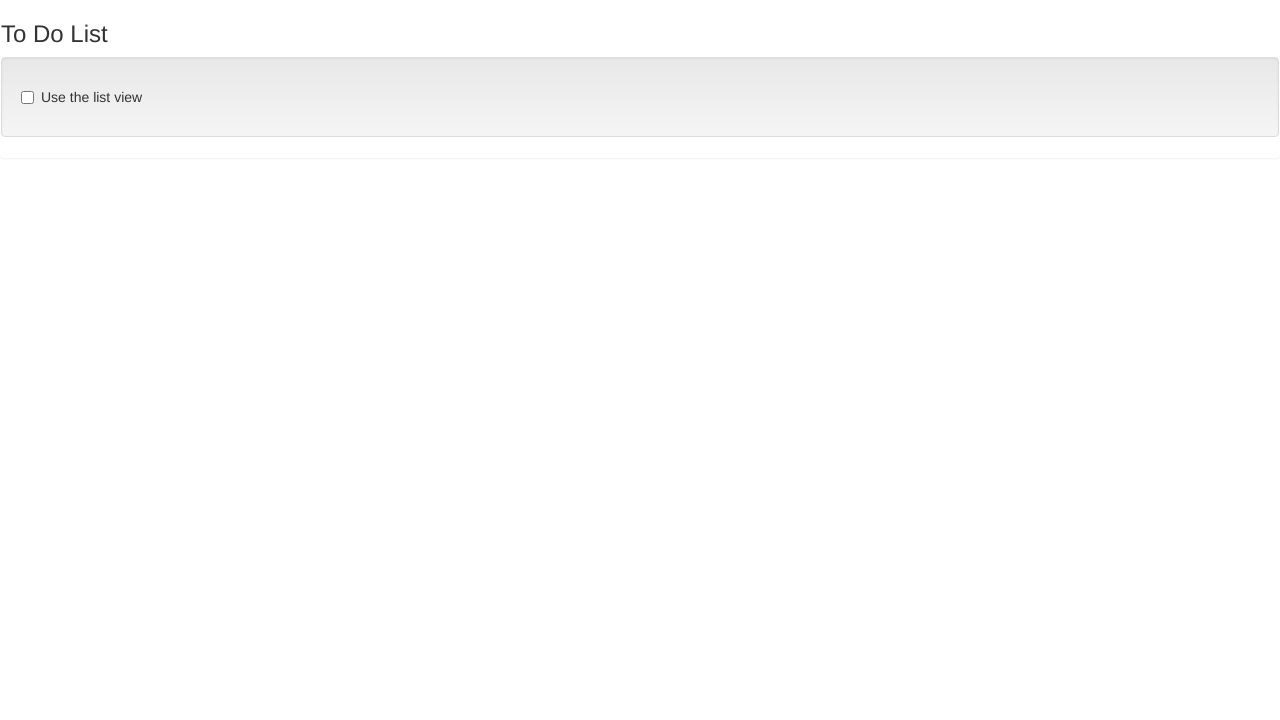
Repository: chisun-joung/workplace
Page: angularJS/WebContent/Chap10_Binding/P292_ngInclude.html
An editor plug-in stored every save of this project. The page is shown before and after the next save, followed by the edit.
The browser window is 1280 px wide. The pictures show the whole page.
Some web libraries are served in a nearby version.

Above is the page before, as saved 2016-11-28 08:16:52.

### angularJS/WebContent/Chap10_Binding/P292_ngInclude.html
<!DOCTYPE html>
<html ng-app="exampleApp">
<head>
    <title>Directives</title>
    <script src="https://ajax.googleapis.com/ajax/libs/angularjs/1.2.9/angular.js"></script>
    <link href="bootstrap.css" rel="stylesheet" />
    <link href="bootstrap-theme.css" rel="stylesheet" />
    <script>
        angular.module("exampleApp", [])
            .controller("defaultCtrl", function ($scope) {
                $scope.todos = [
                    { action: "Get groceries", complete: false },
                    { action: "Call plumber", complete: false },
                    { action: "Buy running shoes", complete: true },
                    { action: "Buy flowers", complete: false },
                    { action: "Call family", complete: false }];


            });
    </script>
</head>
<body>
    <div id="todoPanel" class="panel" ng-controller="defaultCtrl">
        <h3 class="panel-header">To Do List</h3>

        <div class="well">
            <div class="checkbox">
                <label>
                    <input type="checkbox" ng-model="showList">
                    Use the list view
                </label>
            </div>
        </div>

    </div>
</body>
</html>

### angularJS/WebContent/Chap10_Binding/template/list.html
<ol>
	<li ng-repeat="item in todos">
		{{item.action}}
		<span ng-if="item.complete"> (Done)</span>
	</li>
</ol>

### angularJS/WebContent/Chap10_Binding/template/table.html
<table class="table">
    <thead>
        <tr>
            <th>#</th>
            <th>Action</th>
            <th>Done</th>
        </tr>
    </thead>
    <tr ng-repeat="item in todos" ng-class="$odd ? 'odd' : 'even'">
        <td>{{$index + 1}}</td>
        <td ng-repeat="prop in item">{{prop}}</td>
    </tr>
</table>

Loaded but not shown: angularJS/WebContent/Chap10_Binding/bootstrap.css (library); angularJS/WebContent/Chap10_Binding/bootstrap-theme.css (library)

After the next save:
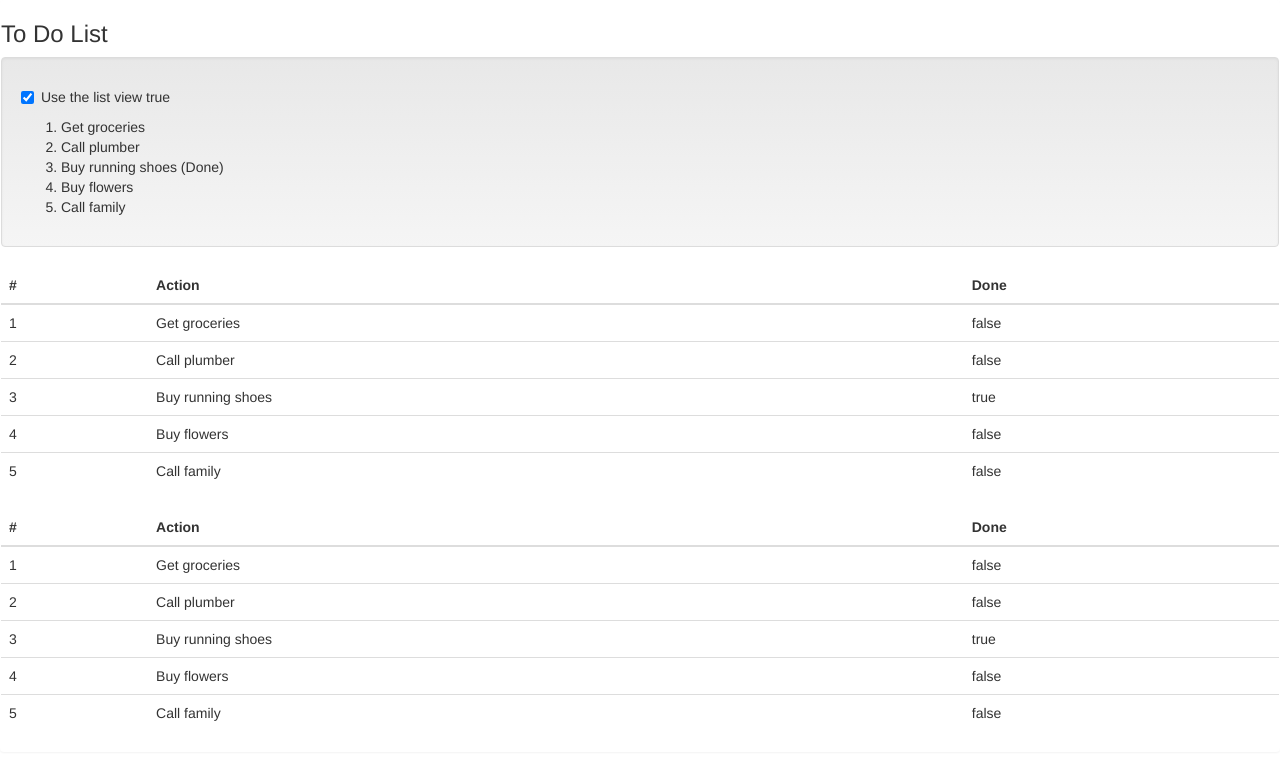
Saved 10 min 39 s later.
--- a/angularJS/WebContent/Chap10_Binding/P292_ngInclude.html
+++ b/angularJS/WebContent/Chap10_Binding/P292_ngInclude.html
@@ -15,7 +15,11 @@
                     { action: "Buy flowers", complete: false },
                     { action: "Call family", complete: false }];
 
+                $scope.showList = true;
 
+                $scope.view = function(list){
+                	return (list) ? 'template/list.html' : 'template/table.html';
+                }
             });
     </script>
 </head>
@@ -27,10 +31,24 @@
             <div class="checkbox">
                 <label>
                     <input type="checkbox" ng-model="showList">
-                    Use the list view
+                    Use the list view {{showList}}
                 </label>
             </div>
+
+            <ng-include src="view(showList)"></ng-include>
+
         </div>
+
+        <!-- 속성으로 사용하면 지시자가 옵션 역할을 한다.
+        	기본적으로 값은 문자열이다. 문자열로 지정하지 않으면 변수로 취급.
+        	ajax를 이용해서 불러오므로 서버에서 실행해야 함.
+         -->
+        <div ng-include=" 'template/table.html' "></div>
+
+        <!-- tab 형태로도 사용가능. tag로 사용하면 option역할을 하지 않는다.
+        	따라서 반드시 src 옵션을 이용해 불러올 파일을 지정해야 한다
+         -->
+         <data-ng-include src="'template/table.html'"></data-ng-include>
 
     </div>
 </body>
